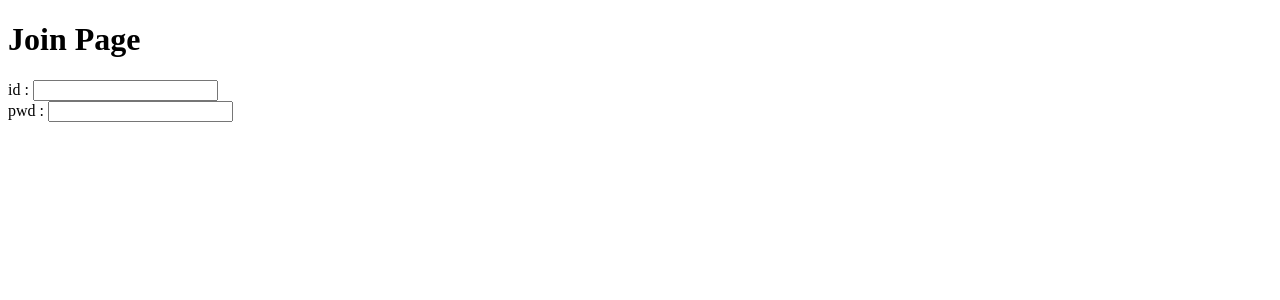
Repository: havanara/240411_JSP_Project
Page: http://localhost/jst_study/memb/join
An editor plug-in stored every save of this project. The page is shown before and after the next save, followed by the edit.
The browser window is 1280 px wide. The pictures show the whole page.
The page is served by Tomcat 9.

Above is the page before, as saved 2024-04-15 01:55:44.

After the next save:
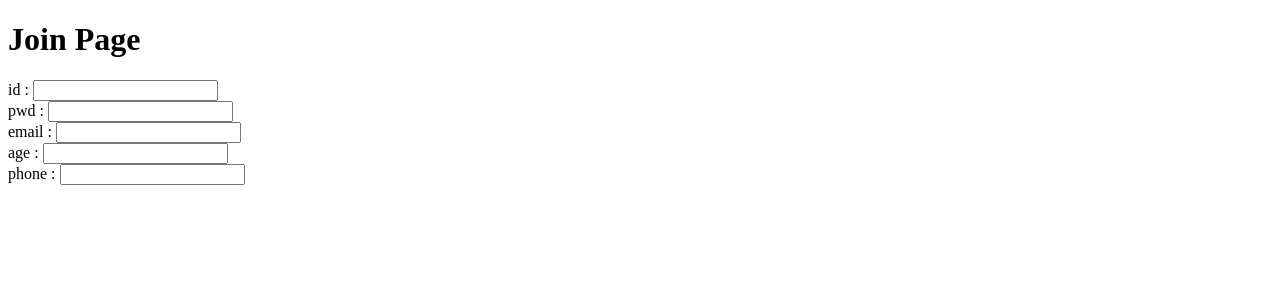
Saved 48 s later.
--- a/jst_study/src/main/webapp/member/join.jsp
+++ b/jst_study/src/main/webapp/member/join.jsp
@@ -11,6 +11,9 @@
 	<form action="" method="post">
 		id : <input type="text" name="id"> <br>
 		pwd : <input type="password" name="pwd"> <br>
+		email : <input type="email" name="email"> <br>
+		age : <input type="number" name="age"> <br>
+		phone : <input type="number" name="phone"> <br>
 	</form>
 </body>
 </html>
